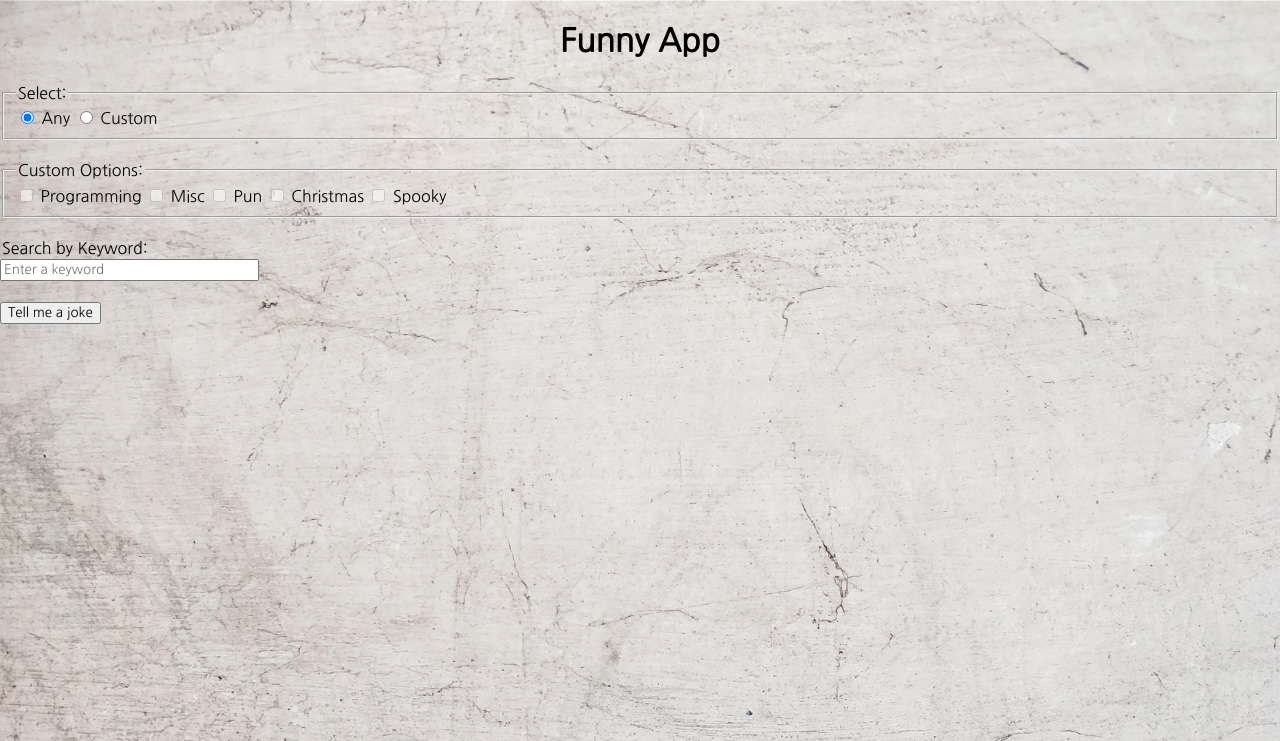
Repository: kaitlynMidori/dadJokeApi
Page: index.html
These files come from the project's save history. The page is drawn as it stood at one moment and after the next save; the edit follows.
The browser window is 1280 px wide. The pictures show the whole page.
Some web libraries are served in a nearby version.

Above is the page before, as saved 2021-01-08 12:03:02.

### index.html
<!DOCTYPE html>
<html lang="en">
<head>
    <meta charset="UTF-8">
    <meta name="viewport" content="width=device-width, initial-scale=1.0">
    <title>Joke App</title>
    <link href="style.css" rel="stylesheet" type="text/css" />
    <link rel="preconnect" href="https://fonts.gstatic.com">
    <link href="https://fonts.googleapis.com/css2?family=Nanum+Gothic&display=swap" rel="stylesheet">

</head>
<body>
    <div id="container">
        <header>
            <h1>Funny App</h1>
        </header>

        <fieldset>
            <legend>Select:</legend>
                <div id="form-check">
                    <input type="radio"  id="any" name="type" value="Any" checked>
                    <label for="any">Any</label>

                    <input type="radio"  id="custom" name="type" value="Custom">
                    <label for="custom">Custom</label>
                </div>
        </fieldset>

        <br>

        <fieldset id="options" disabled>
            <legend>Custom Options:</legend>
                <div id="form-check form-check-inline">
                    <input type="checkbox" id="coding" name="category" value="Programming">
                    <label for="coding">Programming</label>

                    <input type="checkbox" id="misc" name="category" value="Miscellaneous">
                    <label for="misc">Misc</label>

                    <input type="checkbox" id="pun" name="category" value="Pun">
                    <label for="pun">Pun</label>

                    <input type="checkbox" id="chris" name="category" value="Christmas">
                    <label for="chris">Christmas</label>

                    <!-- <input type="checkbox" id="dark" name="category" value="dark">
                    <label for="dark">Dark</label> -->

                    <input type="checkbox" id="spooky" name="category" value="spooky">
                    <label for="spooky">Spooky</label>
                </div>
        </fieldset>

        <br>

            <form>
                <legend>Search by Keyword:</legend>
                <input type="form-control" placeholder="Enter a keyword" id="keyword">
            </form>

            <br>

            <button type="submit" id="submit button">Tell me a joke</button>
            <div id="result"></div>
    </div>

    <script src="https://code.jquery.com/jquery-3.2.1.min.js"
          integrity="sha256-hwg4gsxgFZhOsEEamdOYGBf13FyQuiTwlAQgxVSNgt4="
          crossorigin="anonymous"></script>
    <script src="app.js"></script>
</body>
</html>

### style.css
body{
    margin: 0;
    background: cover;
    background-size: cover;
    background-repeat: no-repeat;
    background-image: url("screenshots/white-teal backdrop.jpg");
    /* background-image: linear-gradient(120deg, #a1c4fd 0%, #c2e9fb 100%); */
    min-height: 100vh;
}

* {
    font-family: 'Nanum Gothic', sans-serif;
    color: black;
}

header {
    width: 100%;
    margin-top: 5px;
    justify-content: center;
}

h1 {
    text-align: center;
}

#submit button {
    width: 175px;
    max-width: 200px;
    display:flex;
    flex: 1;
    justify-content: center;
    margin-left: auto;
    margin-right: auto;
    margin-top: 30px;
	background-color:white;
	border-radius:2px;
	border:1px solid black;
	cursor:pointer;
	color:black;
	font-family:Arial;
	font-size:12px;
	font-weight:bold;
	padding:10px 10px 10px 10px;
	text-decoration:none;
}

### app.js
//declare 'option', 'custom', 'any' element id's
let option = document.getElementById("options");
let custom = document.getElementById("custom");
let any = document.getElementById("any");

//add event listener on click
//if 'any' option checked
//disable options
any.addEventListener("click", (e)=>{
    if(e.target.checked){
        option.disabled = true;
    }
});

//add event listener on click
//if 'custom' option checked
//enable options
custom.addEventListener("click", (e)=>{
    if(e.target.checked){
        option.disabled = false;
    }
});

//declare asyncrynous getJoke
const getJoke = async () => {
    //declare result  = HTML div 'result' element id
    let result = document.getElementById('result');
    //replace result element with empty string
    result.innerHTML = "";
    //declare checkboxes= filter category checkboxes for checked
    let checkboxes = [...document.getElementsByName('category')].filter((checkbox)=>checkbox.checked);
    //declare category as empty string
    let category = "";
    //if 'any' type is checked
    if(any.checked){
        //category = 'any'
        category = "Any";
    }
    //if 'custom' type is checked
    if(custom.checked){
        //category = map to join checked category values
        category = checkboxes.map((c)=>c.value).join();
    }
    //console.log user selected joke category
    console.log(category);
    //declare url = dynamically generate url inserting user selected category
    let url = `https://v2.jokeapi.dev/joke/${category}`;
    // declare keyword = HTML form div 'keyword' element id
    let keyword = document.getElementById("keyword").value;
    //if keyword does not equal empty; dynamically generate url with user keyword input
    if(keyword != ""){
        url = `https://v2.jokeapi.dev/joke/${category}?contains=${keyword}`;
    }
    console.log(url);
    const response = await fetch(url);
    const data = await response.json();
    console.log(data);

    //if JSON data response = API doc response 'single'
    if(data.type == "single"){
        //insert API doc 'joke' into response element
        result.innerHTML = `<h3>${data.joke}</h3>`;
    }
    //if JSON data response = API doc response 'twopart'
    if(data.type == "twopart"){
        //insert API doc 'setup' into response element
        result.innerHTML = `<h3>${data.setup}</h3>`;
        //display 'delivery' after 1 second
        setTimeout(()=>{
            //insert API doc 'delivery' into response element
            result.innerHTML += `<h3>${data.delivery}</h3>`;
        },1000);
    }
}

//declare submit = HTML button 'submit button'
let submit = document.getElementById('submit button');
//upon 'submit', add event listener for 'click and activate 'getJoke'
submit.addEventListener("click", getJoke);

After the next save:
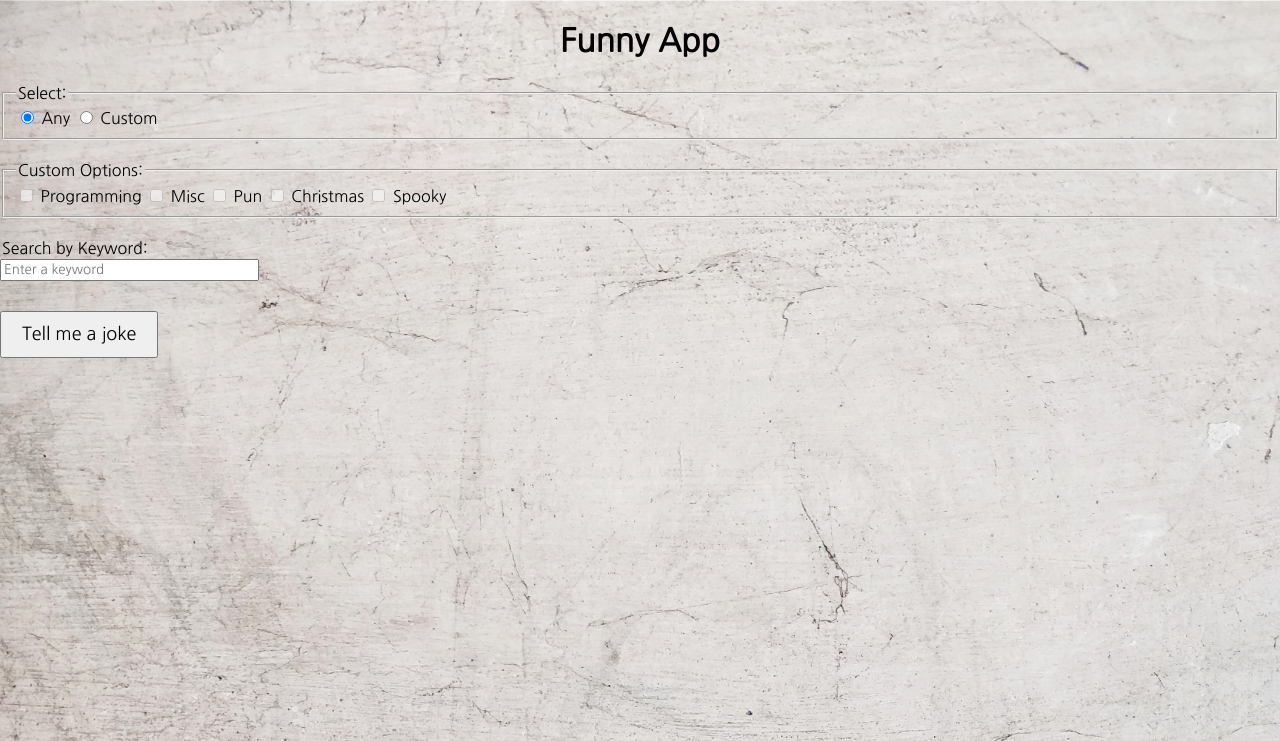
Saved 36 s later.
--- a/style.css
+++ b/style.css
@@ -23,23 +23,15 @@ h1 {
     text-align: center;
 }
 
-#submit button {
-    width: 175px;
-    max-width: 200px;
-    display:flex;
-    flex: 1;
-    justify-content: center;
-    margin-left: auto;
-    margin-right: auto;
-    margin-top: 30px;
-	background-color:white;
-	border-radius:2px;
-	border:1px solid black;
-	cursor:pointer;
-	color:black;
-	font-family:Arial;
-	font-size:12px;
-	font-weight:bold;
-	padding:10px 10px 10px 10px;
-	text-decoration:none;
+button{
+    margin-top: 10px;
+    height: auto;
+    font-size: 18px;
+    font-weight: 500;
+    text-align: center;
+    color: black;
+    cursor: pointer;
+    margin-bottom: 0;
+    /* border-radius: 3px; */
+    padding: 10px 20px;
 }
